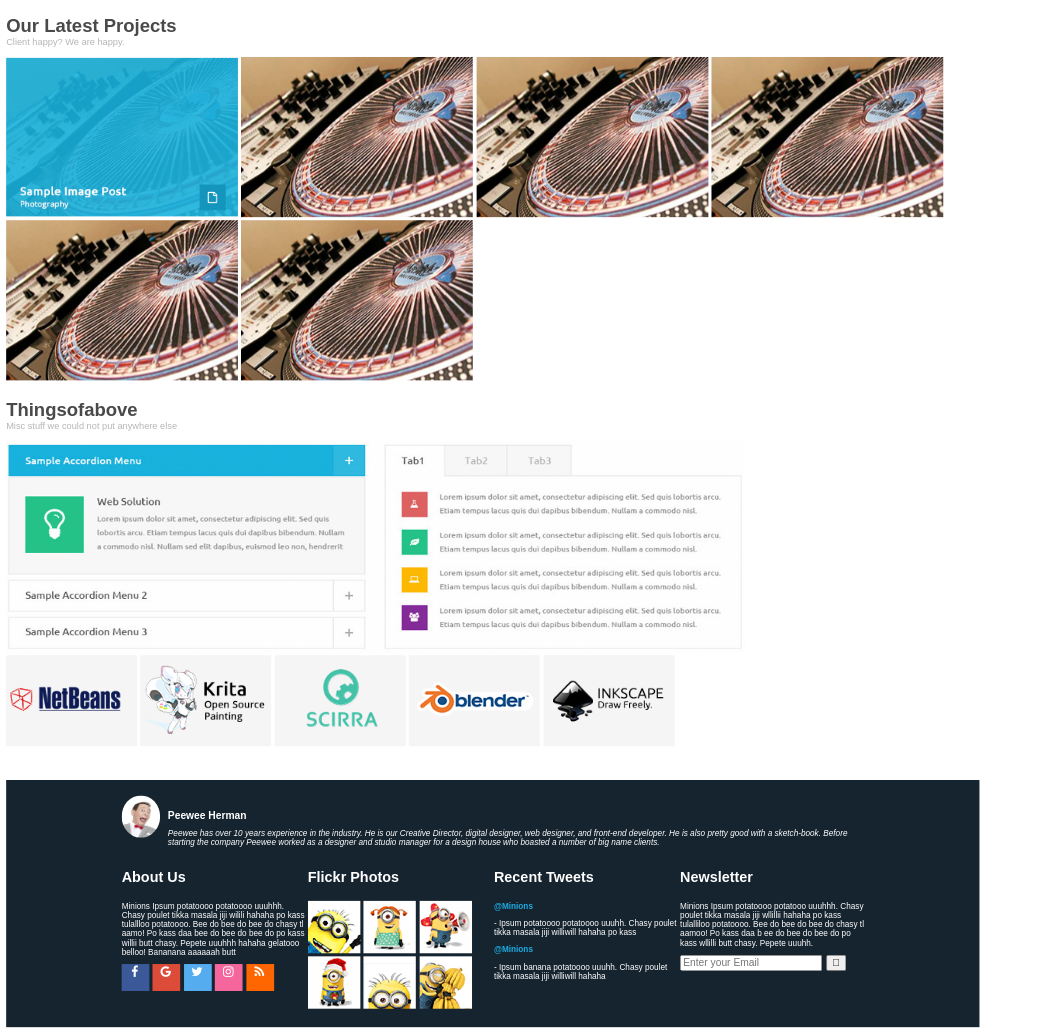
Repository: atran02/project1
Page: index.html
These files come from the project's save history. The page is drawn as it stood at one moment and after the next save; the edit follows.
The browser window is 1280 px wide. The page is 1280 px wide, then 1361 px, so the pictures cover 1361 px, including what lies to the right of the window. The pictures show the whole page, at 77% of full size.

Above is the page before, as saved 2022-01-28 22:46:33.

After the next save:
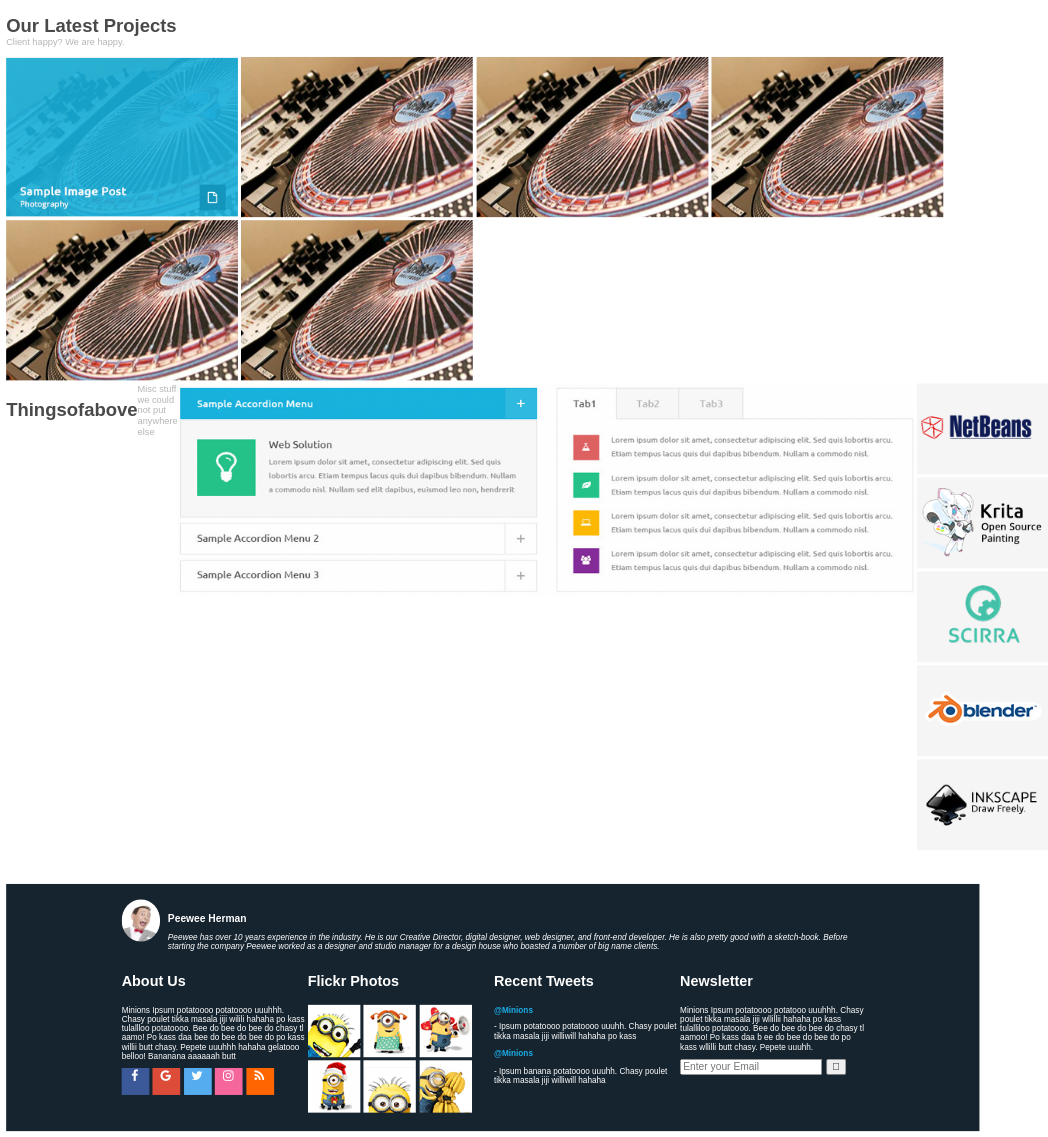
Saved 71 s later.
--- a/css/metrolics.css
+++ b/css/metrolics.css
@@ -17,6 +17,10 @@
     margin-top: 0;
 }
 /* Thingsofabove */
+.Thingsofabove {
+    display: flex;
+    align-content: center;
+}
 
 .Thingsofabove p {
     font-size: 12px;
